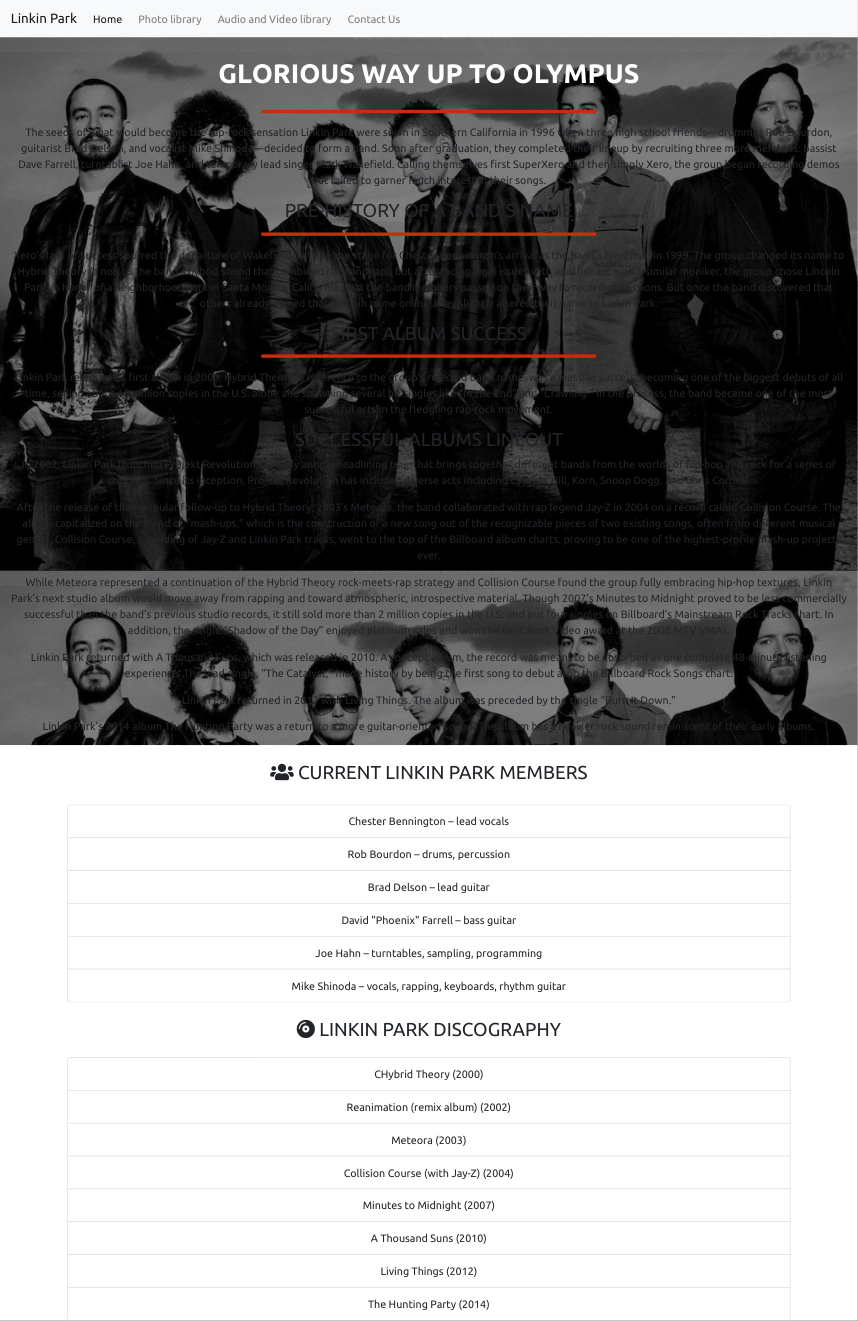
Repository: vaida898/website
Page: index.html
The author's editor kept a record of every edit. The page is drawn from the files as they stood at one moment, then again after the next edit.
The browser window is 1280 px wide. The pictures show the whole page, at 67% of full size.
Backgrounds fixed to the window are drawn as part of the page. Some web libraries are served in a nearby version.

Above is the page before.
Console error: TypeError: Cannot read properties of undefined (reading 'fn')

### index.html
<!DOCTYPE html>
<html lang="en">

<head>
    <meta charset="UTF-8">
    <meta name="viewport" content="width=device-width, initial-scale=1.0">
    <meta http-equiv="X-UA-Compatible" content="ie=edge">
    <title>LinkinPark website</title>

    <link rel="stylesheet" href="https://stackpath.bootstrapcdn.com/bootstrap/4.3.1/css/bootstrap.min.css" integrity="sha384-ggOyR0iXCbMQv3Xipma34MD+dH/1fQ784/j6cY/iJTQUOhcWr7x9JvoRxT2MZw1T" crossorigin="anonymous">
    <script src="https://stackpath.bootstrapcdn.com/bootstrap/4.3.1/js/bootstrap.min.js" integrity="sha384-JjSmVgyd0p3pXB1rRibZUAYoIIy6OrQ6VrjIEaFf/nJGzIxFDsf4x0xIM+B07jRM" crossorigin="anonymous"></script>
    <link rel="stylesheet" href="https://use.fontawesome.com/releases/v5.6.1/css/all.css" integrity="sha384-gfdkjb5BdAXd+lj+gudLWI+BXq4IuLW5IT+brZEZsLFm++aCMlF1V92rMkPaX4PP" crossorigin="anonymous">
    <link href="https://fonts.googleapis.com/css?family=Ubuntu:400,700&display=swap" rel="stylesheet">
    <!-- Google font "Ubuntu" -->
    <link rel="stylesheet" href="css/style.css" type="text/css" />

</head>

<body>

    <!-- Navigation bar -->

    <nav class="navbar navbar-light bg-light navbar-expand-sm">
        <a href="/" class="navbar-brand">Linkin Park</a>

        <button class="navbar-toggler ml-auto" type="button" data-toggle="collapse" data-target="#navbarNavDropdown" aria-controls="navbarNavDropdown" aria-expanded="false" aria-label="Toggle navigation">
        <span class="navbar-toggler-icon"></span></button>

        <div class="collapse navbar-collapse" id="navbarNavDropdown">
            <ul class="navbar-nav mr-auto">
                <li class="active nav-item mr-2"><a class="nav-link" href="/">Home</a></li>
                <li class="nav-item mr-2"><a class="nav-link" href="/Photo library">Photo library</a></li>
                <li class="nav-item mr-2"><a class="nav-link" href="/Audio and Video library">Audio and Video library</a></li>
                <li class="nav-item mr-2"><a class="nav-link" href="/Contact Us">Contact Us</a></li>
            </ul>
        </div>
    </nav>

    <div class="container-fluid history-container">
        <div class="opaque-overlay">&nbsp;</div>
        <div class="row">
            <div class="col-12">
                <section class="About Us text-center">
                    <h1 class="text-uppercase jumbotron-header">Glorious way up to olympus</h1>
                    <hr class="block-divider">
                    <p>The seeds of what would become the rap-rock sensation Linkin Park were sown in Southern California in 1996 when three high school friends—drummer Rob Bourdon, guitarist Brad Delson, and vocalist Mike Shinoda—decided to form a band.
                        Soon after graduation, they completed their lineup by recruiting three more members: bassist Dave Farrell, turntablist Joe Hahn, and temporary lead singer Mark Wakefield. Calling themselves first SuperXero and then simply Xero,
                        the group began recording demos but failed to garner much interest in their songs.</p>

                    <h3 class="text-uppercase">Pre-history of a band's name</h3>
                    <hr class="block-divider">
                    <p>Xero’s lack of success spurred the departure of Wakefield, setting the stage for Chester Bennington’s arrival as the band’s frontman in 1999. The group changed its name to Hybrid Theory (a nod to the band’s hybrid sound that combined
                        rock and rap), but after facing legal issues with another act with a similar moniker, the group chose Lincoln Park, in honor of a neighborhood park in Santa Monica, California, that the band members passed on their way to recording
                        sessions. But once the band discovered that others already owned that domain name online, they slightly altered their name to Linkin Park.</p>

                    <h3 class="text-uppercase">First Album success</h3>
                    <hr class="block-divider">
                    <p>Linkin Park released its first album in 2000. Hybrid Theory, a reference to the group’s rejected band name, was a massive success, becoming one of the biggest debuts of all time, selling about 10 million copies in the U.S. alone and
                        spawning several hit singles like “In the End” and “Crawling.” In the process, the band became one of the most successful acts in the fledgling rap-rock movement.</p>

                    <h3 class="text-uppercase">Successful albums lineout</h3>
                    <p>In 2002, Linkin Park launched Projekt Revolution, a nearly annual headlining tour that brings together different bands from the worlds of hip-hop and rock for a series of concerts. Since its inception, Projekt Revolution has included
                        diverse acts including Cypress Hill, Korn, Snoop Dogg, and Chris Cornell.</p>

                    <p>After the release of their popular follow-up to Hybrid Theory, 2003’s Meteora, the band collaborated with rap legend Jay-Z in 2004 on a record called Collision Course. The album capitalized on the trend of “mash-ups,” which is the
                        construction of a new song out of the recognizable pieces of two existing songs, often from different musical genres. Collision Course, a melding of Jay-Z and Linkin Park tracks, went to the top of the Billboard album charts, proving
                        to be one of the highest-profile mash-up projects ever.</p>

                    <p>While Meteora represented a continuation of the Hybrid Theory rock-meets-rap strategy and Collision Course found the group fully embracing hip-hop textures, Linkin Park’s next studio album would move away from rapping and toward atmospheric,
                        introspective material. Though 2007’s Minutes to Midnight proved to be less commercially successful than the band's previous studio records, it still sold more than 2 million copies in the U.S. and put four singles on Billboard’s
                        Mainstream Rock Tracks chart. In addition, the single “Shadow of the Day” enjoyed platinum sales and won the Best Rock Video award at the 2008 MTV VMAs.</p>

                    <p>Linkin Park returned with A Thousand Suns, which was released in 2010. A concept album, the record was meant to be absorbed as one complete 48-minute listening experience. The lead single, “The Catalyst,” made history by being the
                        first song to debut atop the Billboard Rock Songs chart.</p>

                    <p>Linkin Park returned in 2012 with Living Things. The album was preceded by the single “Burn It Down.”</p>

                    <p>Linkin Park's 2014 album The Hunting Party was a return to a more guitar-oriented sound. The album has a heavier rock sound reminiscent of their early albums.</p>
                </section>
            </div>
        </div>
    </div>

    <div class=" container members-container">
        <section class="Band members text-center">
            <div class="row">
                <div class="col-12 col-md-12 my-4">
                    <h3 class="text-uppercase"><i class="fas fa-users d-none d-sm-inline"></i> Current Linkin Park members</h3>
                </div>
            </div>
            <div class="col-12 col-md-12">
                <ul class="list-group">
                    <li class="list-group-item">Chester Bennington – lead vocals</li>
                    <li class="list-group-item">Rob Bourdon – drums, percussion</li>
                    <li class="list-group-item">Brad Delson – lead guitar</li>
                    <li class="list-group-item">David "Phoenix" Farrell – bass guitar</li>
                    <li class="list-group-item">Joe Hahn – turntables, sampling, programming</li>
                    <li class="list-group-item">Mike Shinoda – vocals, rapping, keyboards, rhythm guitar</li>
                </ul>
            </div>
        </section>
    </div>

    <div class="container discography-container">
        <section class="Band discography text-center">
            <div class="col-12 col-md-12 my-4">
                <h3 class="text-uppercase"><i class="fas fa-compact-disc d-none d-sm-inline"></i> Linkin Park discography</h3>
            </div>
            <div class="col-12 col-md-12">
                <ul class="list-group">
                    <li class="list-group-item">CHybrid Theory (2000)</li>
                    <li class="list-group-item">Reanimation (remix album) (2002)</li>
                    <li class="list-group-item">Meteora (2003)</li>
                    <li class="list-group-item">Collision Course (with Jay-Z) (2004)</li>
                    <li class="list-group-item">Minutes to Midnight (2007)</li>
                    <li class="list-group-item">A Thousand Suns (2010)</li>
                    <li class="list-group-item">Living Things (2012)</li>
                    <li class="list-group-item">The Hunting Party (2014)</li>
                </ul>
            </div>
        </section>
    </div>

    <script src="https://code.jquery.com/jquery-3.3.1.slim.min.js" integrity="sha384-q8i/X+965DzO0rT7abK41JStQIAqVgRVzpbzo5smXKp4YfRvH+8abtTE1Pi6jizo" crossorigin="anonymous"></script>
    <script src="https://cdnjs.cloudflare.com/ajax/libs/popper.js/1.14.7/umd/popper.min.js" integrity="sha384-UO2eT0CpHqdSJQ6hJty5KVphtPhzWj9WO1clHTMGa3JDZwrnQq4sF86dIHNDz0W1" crossorigin="anonymous"></script>
    <script src="https://stackpath.bootstrapcdn.com/bootstrap/4.3.1/js/bootstrap.min.js" integrity="sha384-JjSmVgyd0p3pXB1rRibZUAYoIIy6OrQ6VrjIEaFf/nJGzIxFDsf4x0xIM+B07jRM" crossorigin="anonymous"></script>

</body>

</html>

### css/style.css
body {
    font-family: 'Ubuntu', sans-serif;
}

.history-container {
    background: url(../images/background.jpg) no-repeat center center fixed;
    -webkit-background-size: cover;
    -moz-background-size: cover;
    -o-background-size: cover;
    background-size: cover;

    top: 0;
    display: flex;
    align-items: center;
    justify-content: center;

    position: relative;
}

.opaque-overlay {
    position: absolute;
    width: 100%;
    height: 100%;
    top: 0;
    left: 0;
    background-color: rgba(0,0,0,0.5);
}

.members-container {}

.discography-container {}

/* Block-divider */

.block-divider {
    width: 500px;
    height: 5px;
    border: 0;
    background-color: #CA2D0B;
}

/* Jumbotron */

.jumbotron-header {
    color: white;
    font-weight: bold;
    margin-top: 30px;
    margin-bottom: 30px;
}

.jumbotron-paragraph {
    color: white;
    font-weight: bold;
    margin-top: 30px;
    margin-bottom: 30px;
}

.jumbotron-text {
    color: #C2C2C2;
}

After the next edit:
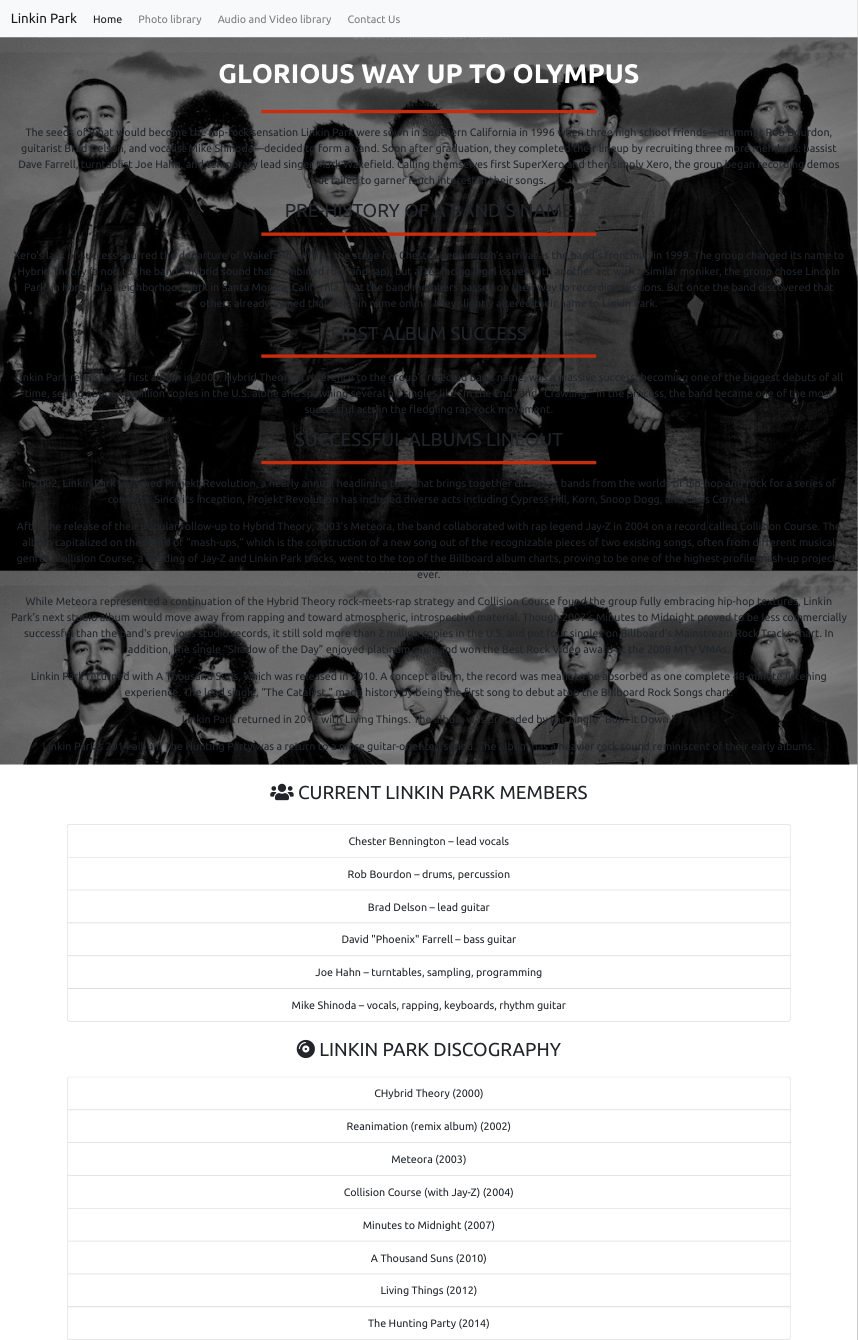
The edit:
--- a/index.html
+++ b/index.html
@@ -59,6 +59,7 @@
                         spawning several hit singles like “In the End” and “Crawling.” In the process, the band became one of the most successful acts in the fledgling rap-rock movement.</p>
 
                     <h3 class="text-uppercase">Successful albums lineout</h3>
+                    <hr class="block-divider">
                     <p>In 2002, Linkin Park launched Projekt Revolution, a nearly annual headlining tour that brings together different bands from the worlds of hip-hop and rock for a series of concerts. Since its inception, Projekt Revolution has included
                         diverse acts including Cypress Hill, Korn, Snoop Dogg, and Chris Cornell.</p>
 
